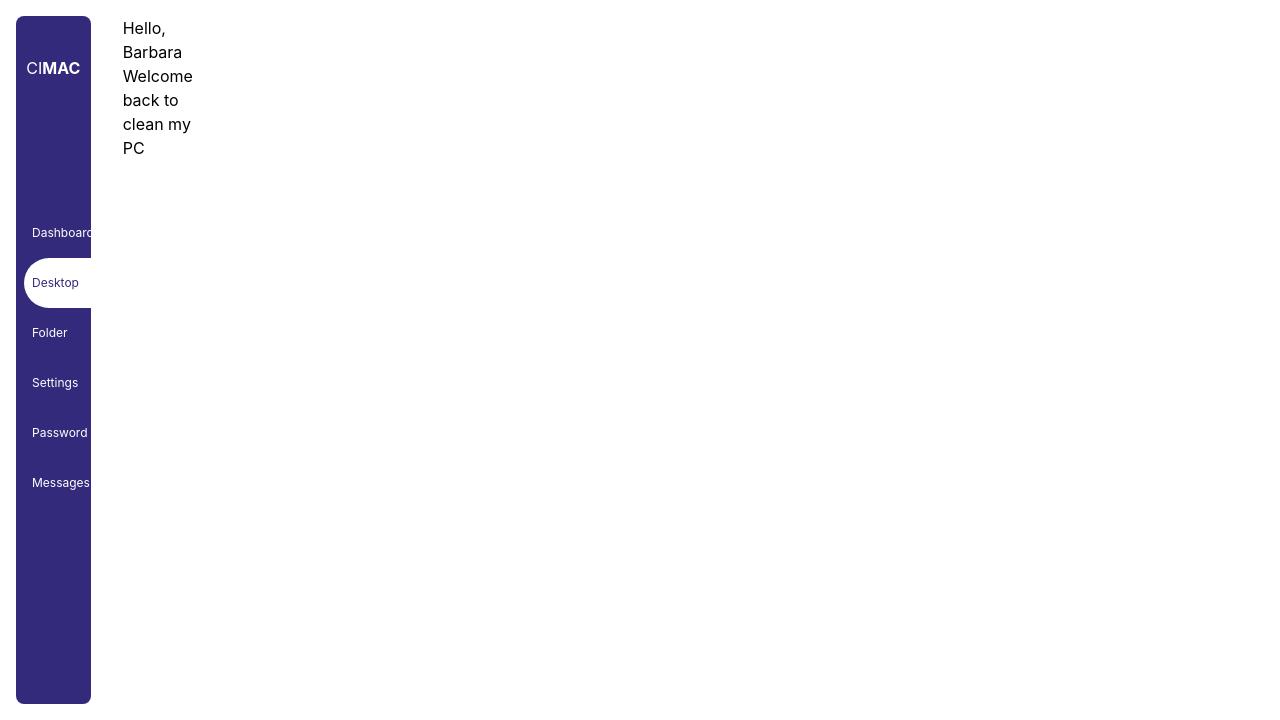
Repository: charleyvibez/experiment-Utility-software-UI
Page: index.html
The author's editor kept a copy of each file at every save. The page is drawn from the files as they stood at one save, then again after the next save.
The browser window is 1280 px wide. The pictures show the whole page.

Above is the page before, as saved 2020-03-17 23:45:52.

### index.html
<!DOCTYPE html>
<html lang="en">
<head>
  <meta charset="UTF-8">
  <meta name="viewport" content="width=device-width, initial-scale=1.0">

  <link rel="stylesheet" href="tailwind.css">
  <link rel="stylesheet" href="index.css">
  <title>Document</title>
</head>
<body>
  <section class="flex">
     <aside class="w-1/12 p-4 h-screen">
      <div class="aside-container bg-gray-100 rounded-lg flex flex-col items-center h-full">
        <div class="logo pt-10 text-white">
          <h3>CI<span class="font-bold">MAC</span></h3>
        </div>

      <nav class="flex flex-col items-center text-xs mt-32 text-white w-full pl-2">
        <div class="nav-item w-full pl-2 py-4">Dashboard</div>
        <div class="nav-item w-full pl-2 py-4 active-nav">Desktop</div>
        <div class="nav-item w-full pl-2 py-4">Folder</div>
        <div class="nav-item w-full pl-2 py-4">Settings</div>
        <div class="nav-item w-full pl-2 py-4">Password</div>
        <div class="nav-item w-full pl-2 py-4">Messages</div>
      </nav>
      </div>

    </aside>

  <main class="w-1/12 p-4 h-screen">
    <div class="main-container">
      <div class="hello">
        <h1>Hello, Barbara</h1>
        <p>Welcome back to clean my PC</p>
      </div>
    </div>
  </main>
  </section>

</body>
</html>

### index.css
.aside-container {
  background: #332a7b;
}
.active-nav {
  position: relative;
  background:white;
  color: #332a7b;
  border-bottom-left-radius: 30px;
  border-top-left-radius: 30px;
}

/* .active-nav:before {
  position: absolute;
  content: '';
  height: 30px;
  width: 30px;
  border-radius: 50%;
  top: -25px;
  right: 0;
  background: #332a7b;
} */

Loaded but not shown: tailwind.css (library)

After the next save:
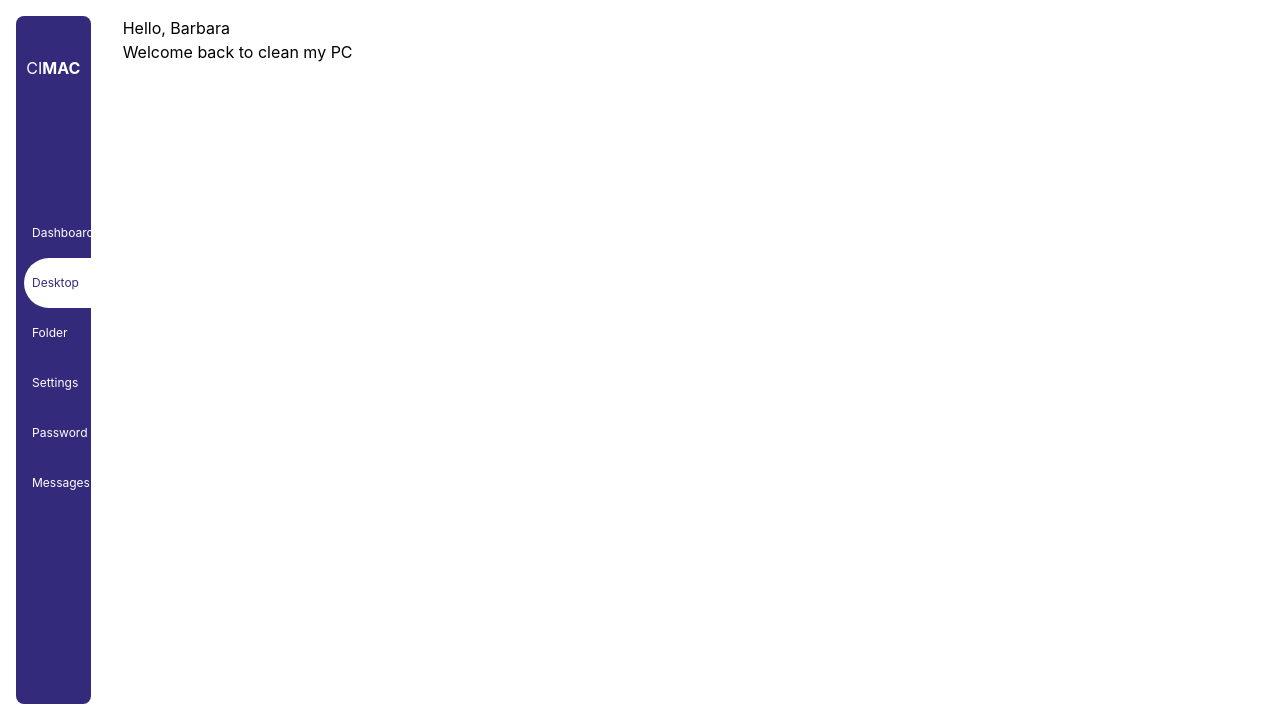
Saved 12 s later.
--- a/index.html
+++ b/index.html
@@ -28,7 +28,7 @@
 
     </aside>
 
-  <main class="w-1/12 p-4 h-screen">
+  <main class="w-6/12 p-4 h-screen">
     <div class="main-container">
       <div class="hello">
         <h1>Hello, Barbara</h1>
